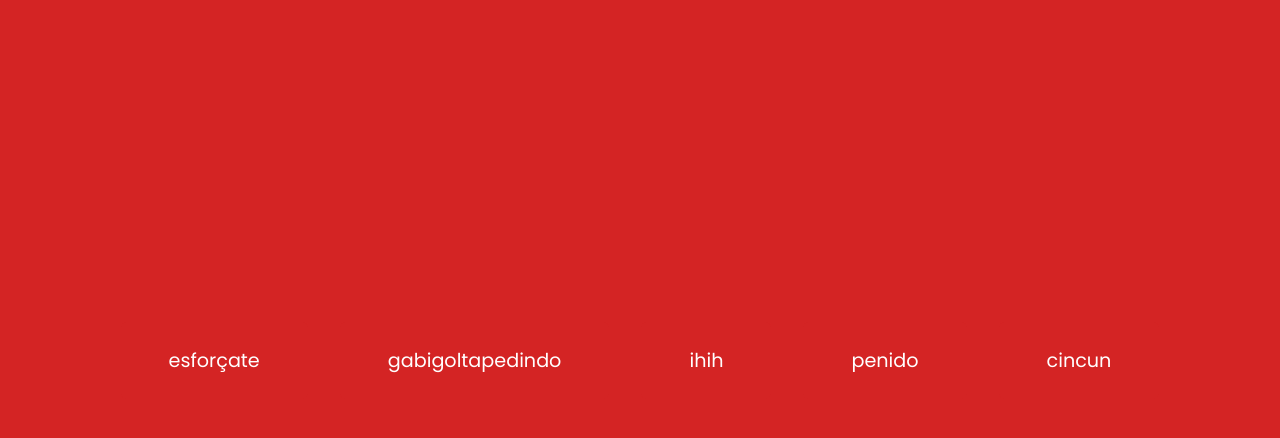
Repository: Williamlmachado/SoundBoard
Page: index.html
The author's editor kept a copy of each file at every save. The page is drawn from the files as they stood at one save, then again after the next save.
The browser window is 1280 px wide. The pictures show the whole page.

Above is the page before, as saved 2021-08-18 09:47:35.

After the next save:
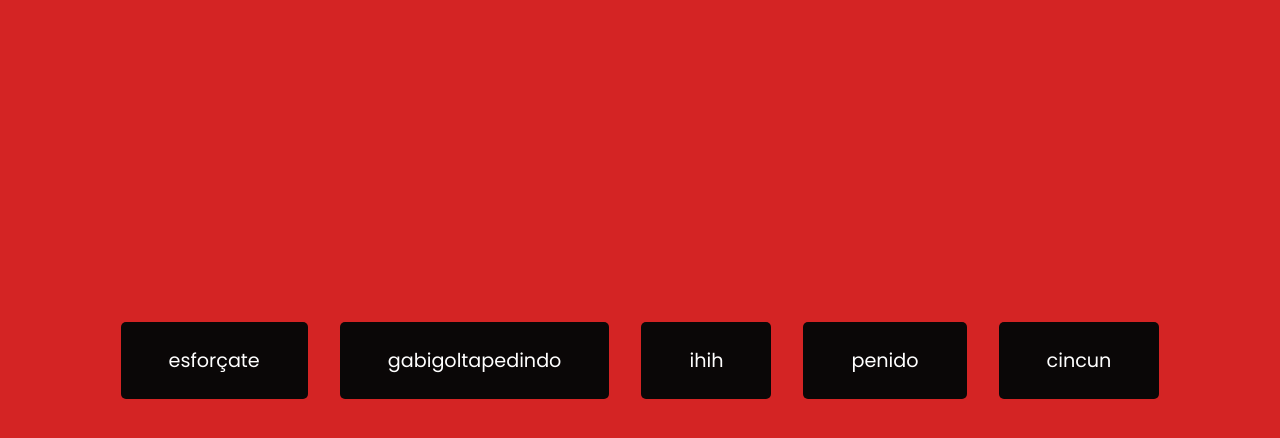
Saved 17 s later.
--- a/style.css
+++ b/style.css
@@ -17,7 +17,7 @@
   margin: 0;
 }
 .btn {
-    background-color: rgb(212, 36, 36);
+    background-color: rgb(10, 7, 7);
     border-radius: 5px;
     border: none;
     color: #fff;
